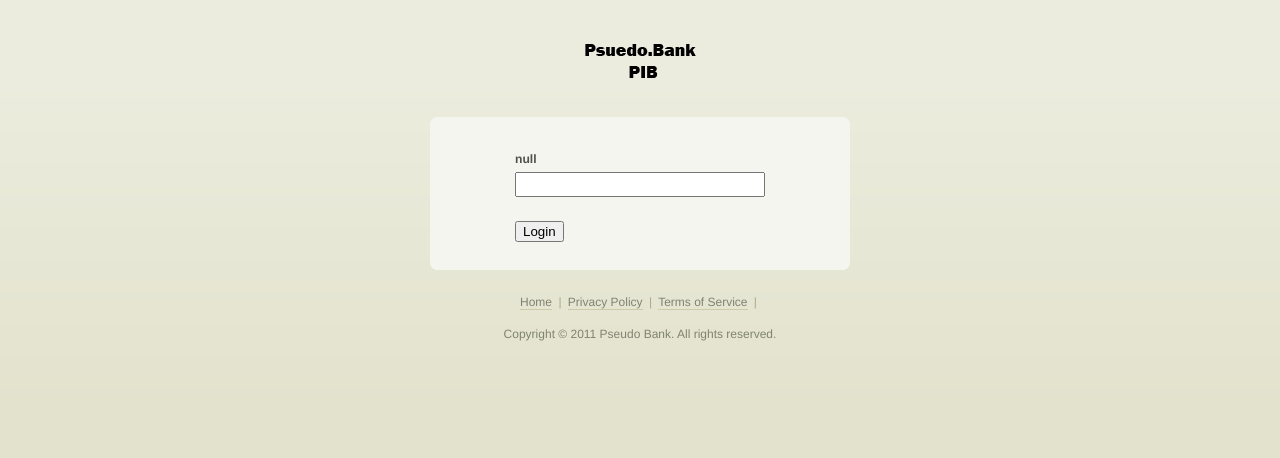
Repository: hareth12/Final-Year-Project
Page: http://localhost/pibChinese/Login/login2FA.jsp
The author's editor kept a copy of each file at every save. The page is drawn from the files as they stood at one save, then again after the next save.
The browser window is 1280 px wide. The pictures show the whole page.
The page is served by Tomcat 9. Other server files are loaded and not shown. The template is opened directly, without the code that normally fills it, so the values that code supplies are empty.

Above is the page before, as saved 2011-09-22 17:33:56.

### pibChinese/WebContent/Login/login2FA.jsp
<!DOCTYPE html PUBLIC "-//W3C//DTD XHTML 1.0 Strict//EN" "http://www.w3.org/TR/xhtml1/DTD/xhtml1-strict.dtd">
<html xmlns="http://www.w3.org/1999/xhtml">
    <head>
        <meta http-equiv="Content-Type" content="text/html; charset=UTF-8" />
        <title>Pseudo Bank Login</title>

<link rel="stylesheet" type="text/css" href="/pib/asset/login/home.css"/>
</head>
    <body class="small login">
        <div id="wrapper">
    <div id="header"><h1><a href="/">Pseudo Bank PIB</a></h1></div>
    <div class="container">
        <div id="topcorners"><div class="cleft"></div><div class="cright"></div></div>
        <div id="content">






                <form name="f_0_11_1_3_1" method="post" action="/fyp2/Login2FAAction">
                   <input type="hidden" value=<%= (String)request.getAttribute("userName")%> id="userName" name="userName" />
                    <table class="login" style="margin-left: auto; margin-right: auto;">
                        <tr>
                            <td><p class="mtop0 mbottom025"><strong><label for="email"><%=((String)request.getAttribute("preHash")) %></label></strong></p><input id="userName" tabindex="1" class="inputtext" type="userName" name="userName" /></td>
                        </tr>
                        <tr>
                            <td><p class="mtop05 mbottom025"><strong></strong></td>
                        </tr>



                        <tr>
                            <td style="padding-top: 10px;"><input class="bprimarypub80" type="submit" tabindex="4" value="Login" /></td>
                        </tr>
                    </table>
                </form>


        </div>
        <div id="bottomcorners"><div class="cleft"></div><div class="cright"></div></div>
    </div>
</div>
        <div id="footer">
    <p>
        <a href="#">Home</a> <span>|</span>
        <a href="#">Privacy Policy</a> <span>|</span>
        <a href="#">Terms of Service</a> <span>|</span>

    </p>
    <p>Copyright &copy; 2011 Pseudo Bank. All rights reserved.</p>
</div>

    </body>
</html>

Loaded but not shown: pibChinese/WebContent/asset/login/home.css (1985 lines, source omitted)

After the next save:
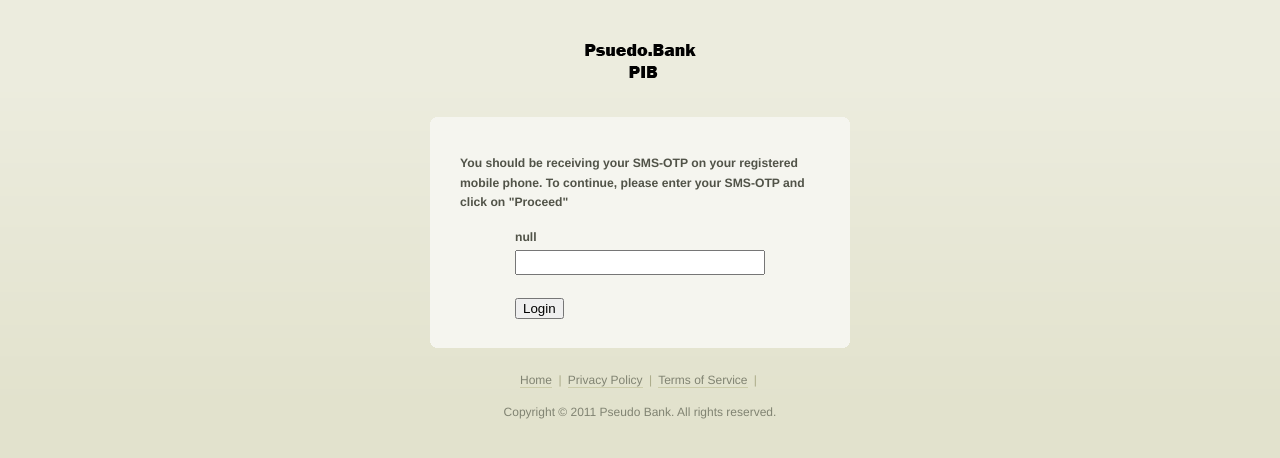
Saved 75 s later.
--- a/pibChinese/WebContent/Login/login2FA.jsp
+++ b/pibChinese/WebContent/Login/login2FA.jsp
@@ -12,7 +12,9 @@
     <div class="container">
         <div id="topcorners"><div class="cleft"></div><div class="cright"></div></div>
         <div id="content">
-
+           <p>
+           <strong> You should be receiving your SMS-OTP on your registered mobile phone. To continue, please enter your SMS-OTP and click on "Proceed"</strong>
+           </p>
 
 
 
